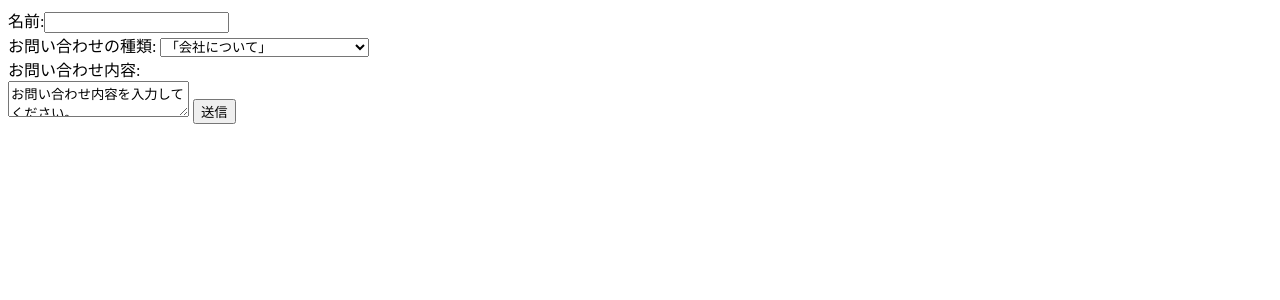
Repository: sakku-14/sukkiri_servlet
Page: http://localhost/lucky/ex5_2.jsp
The author's editor kept a copy of each file at every save. The page is drawn from the files as they stood at one save, then again after the next save.
The browser window is 1280 px wide. The pictures show the whole page.
The page is served by Tomcat 9.

Above is the page before, as saved 2021-10-18 02:20:59.

After the next save:
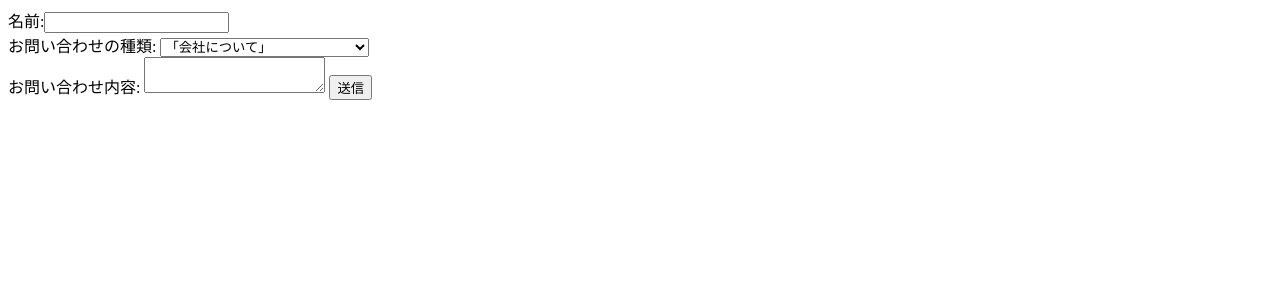
Saved 43 s later.
--- a/lucky/src/main/webapp/ex5_2.jsp
+++ b/lucky/src/main/webapp/ex5_2.jsp
@@ -14,10 +14,9 @@
 <option value="company">「会社について」</option>
 <option value="product">「製品について」</option>
 <option value="support">「アフターサポートについて」</option>
-</select>
-<br>
-お問い合わせ内容:<br>
-<textarea name="body">お問い合わせ内容を入力してください。</textarea>
+</select><br>
+お問い合わせ内容:
+<textarea name="body"></textarea>
 <input type="submit" value="送信">
 </form>
 </body>
